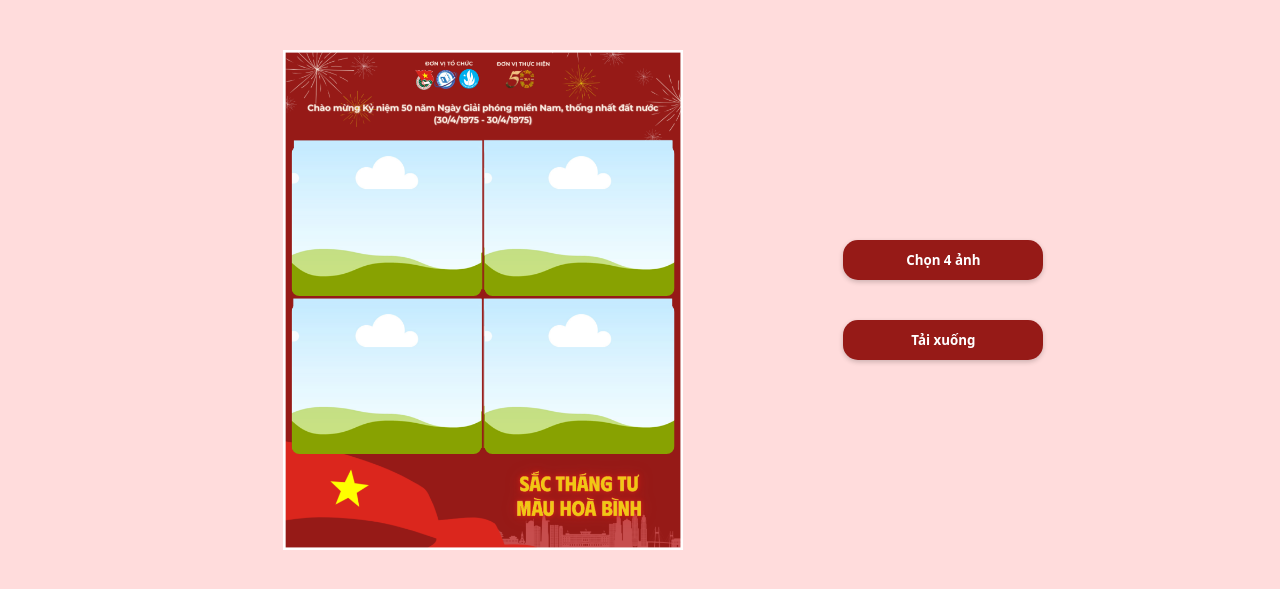
Repository: nguyentambinh/tuoitretdmu
Page: http://localhost/
These files come from the project's save history. The page is drawn as it stood at one moment and after the next save; the edit follows.
The browser window is 1280 px wide. The pictures show the whole page.
The page is run by PHP 8.4 with error messages shown; the project is at /var/www/html/.

Above is the page before, as saved 2025-04-10 15:20:59.

### index.php
<!DOCTYPE html>
<html lang="en">
<head>
    <meta charset="UTF-8">
    <meta name="viewport" content="width=device-width, initial-scale=1.0">
    <link rel="stylesheet" href="main.css">

    <title>Chào mừng Kỷ niệm 50 năm Ngày Giải phóng miền Nam, thống nhất đất nước</title>
</head>
<body>

    <div class = "container-box">
        <div class="background-box">
            <img src="./picture/FRAMEPHOTOBOOTH304.png" class="background-image" alt="frame" />
            <div class="picture-box">
                <img src="/picture/1.png" alt="" class="img-sub">
                <img src="/picture/2.png" alt="" class="img-sub">
                <img src="/picture/3.png" alt="" class="img-sub">
                <img src="/picture/4.png" alt="" class="img-sub">
            </div>
        </div>
        <div class="control-box">
            <button id="btn-add-picture" class=" btn-custom">
                Chọn 4 ảnh
            </button>
            <button id="btn-download" class="btn-custom">Tải xuống</button>
        </div>
    </div>
    <script src="https://cdnjs.cloudflare.com/ajax/libs/html2canvas/1.4.1/html2canvas.min.js"></script>
    <script src="main.js"></script>
</body>
</html>

### main.css
body {
    background-color: #ffdcdc;
    margin: 0;
    padding: 0;
    display: flex;
    justify-content: center;
    margin-top: 50px;
}

.container-box {
    display: grid;
    grid-template-columns: 1fr 0.5fr;
    gap: 20px;
    width: 900px;
    max-width: 100%;
}

/* Thay vì dùng background-image, dùng thẻ <img> để đặt ảnh nền */
.background-box {
    position: relative;
    width: 100%;
    height: 500px;
    display: flex;
    justify-content: center;
    align-items: center;
}

/* Ảnh nền */
.background-box > .background-image {
    width: 100%;
    height: 100%;
    object-fit: contain;
    display: block;
}

/* 4 ảnh con đè lên nền */
.picture-box {
    position: absolute;
    top: 50%;
    left: 50%;
    transform: translate(-50%, -50%);
    display: grid;
    grid-template-columns: 1fr 1fr;
    grid-template-rows: 1fr 1fr;
    gap: 8px 3px;
}


.img-sub {
    width: 190px;
    height: 150px;
    object-fit: cover;
    border-radius: 8px;
    background-size: contain;
}

.control-box {
    display: flex;
    flex-direction: column;
    align-items: center;
    justify-content: center;
}

.btn-custom {
    background-color: #961A17;
    border-radius: 15px;
    font-weight: bold;
    font-family: system-ui;
    width: 200px;
    height: 40px;
    color: white;
    margin: 20px 0;
    border: none;
    box-shadow: 0 2px 5px rgba(0,0,0,0.2);
    cursor: pointer;
}

@media screen and (max-width: 720px) {
    .container-box {
        grid-template-columns: 1fr;
        grid-template-rows: auto auto;
        width: 100%;
        padding: 0 10px;
        margin: 5px 0;
    }

    .control-box {
        align-items: center;
    }

    .btn-custom {
        width: 300px;
    }
}

### main.js

  document.getElementById("btn-add-picture").addEventListener("click", function () {
    const input = document.createElement("input");
    input.type = "file";
    input.accept = "image/*";
    input.multiple = true;
    input.style.display = "none";
    input.addEventListener("change", function (e) {
      const files = e.target.files;
      const imgElements = document.querySelectorAll(".background-box .img-sub");

      for (let i = 0; i < imgElements.length; i++) {
        if (files[i]) {
          const reader = new FileReader();
          reader.onload = function (event) {
            imgElements[i].src = event.target.result;
          };
          reader.readAsDataURL(files[i]);
        } else {
          imgElements[i].src = "";
        }
      }
    });

    document.body.appendChild(input);
    input.click();
    input.remove();
  });
  document.getElementById("btn-download").addEventListener("click", async () => {
    const backgroundSrc = './picture/FRAMEPHOTOBOOTH304.png';

    const canvas = document.createElement('canvas');
    canvas.width = 395;  // Khớp với .background-box
    canvas.height = 475;
    const ctx = canvas.getContext('2d');

    // Hàm load ảnh nền
    const loadImage = src => new Promise(resolve => {
      const img = new Image();
      img.crossOrigin = "anonymous";
      img.onload = () => resolve(img);
      img.src = src;
    });

    // Vẽ ảnh nền
    const backgroundImg = await loadImage(backgroundSrc);
    ctx.drawImage(backgroundImg, 0, 0, canvas.width, canvas.height);

    // Tải ảnh xuống
    const link = document.createElement('a');
    link.download = 'ChaoMung50Nam.png';
    link.href = canvas.toDataURL('image/png');
    link.click();
  });

After the next save:
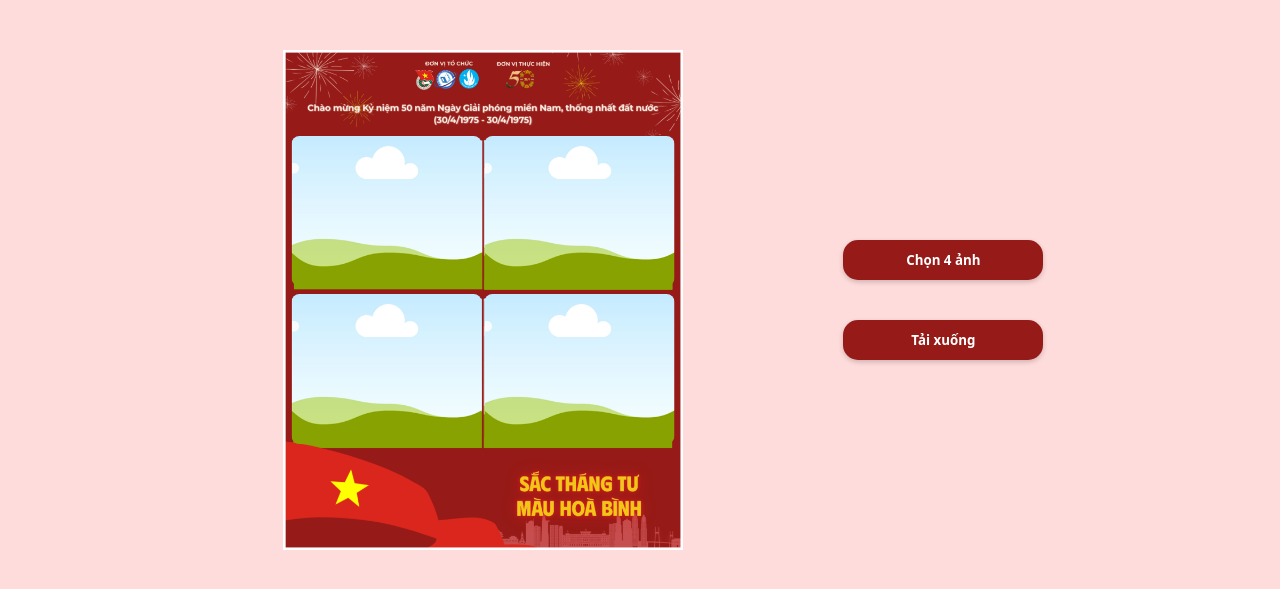
Saved 25 s later.
--- a/main.css
+++ b/main.css
@@ -36,7 +36,7 @@ body {
 /* 4 ảnh con đè lên nền */
 .picture-box {
     position: absolute;
-    top: 50%;
+    top: 48%;
     left: 50%;
     transform: translate(-50%, -50%);
     display: grid;
